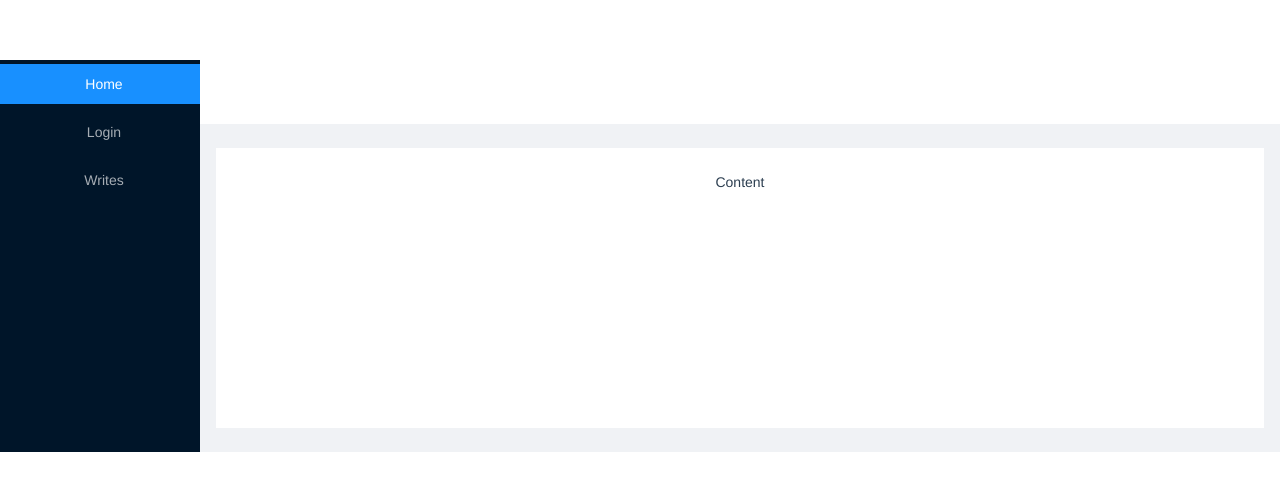
Repository: writesapp/mod
Page: /
These files come from the project's save history. The page is drawn as it stood at one moment and after the next save; the edit follows.
The browser window is 1280 px wide. The pictures show the whole page.
The project was rebuilt for these pictures with package versions that can differ from the ones it lists, and the page was loaded fresh each time. Also part of the build but not shown: src/components/SigninButton.vue, src/views/Login.vue, src/views/Writes.vue.

Above is the page before, as saved 2020-07-09 13:27:28.

After the next save:
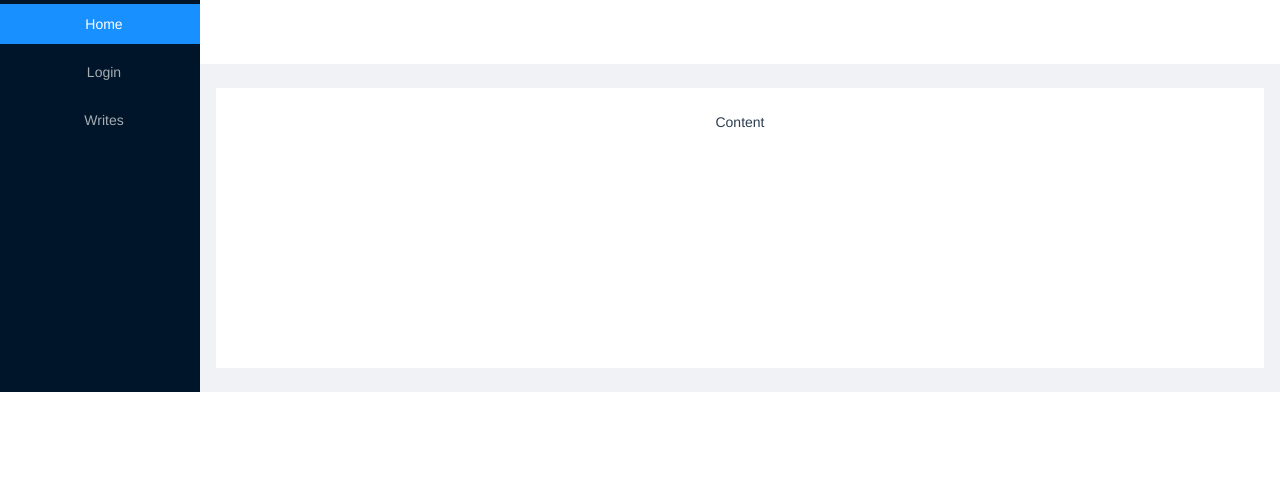
Saved 19 s later.
--- a/src/App.vue
+++ b/src/App.vue
@@ -25,15 +25,4 @@ export default {
   text-align: center;
   color: #2c3e50;
 }
-
-#nav {
-  padding: 30px;
-
-  a {
-    font-weight: bold;
-    color: #2c3e50;
-
-
-  }
-}
 </style>
